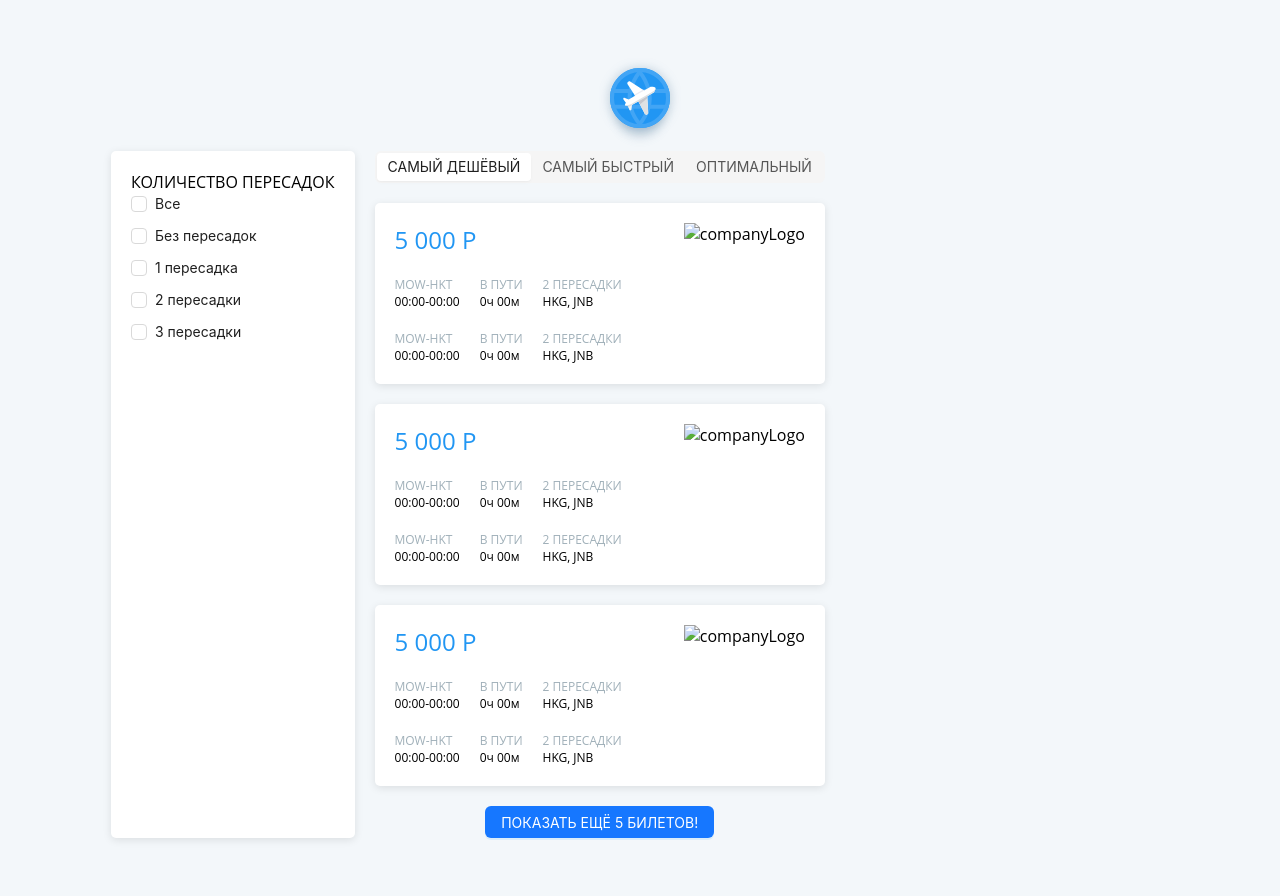
Repository: Dedoxa/aviasalesTickets
Page: /
These files come from the project's save history. The page is drawn as it stood at one moment and after the next save; the edit follows.
The browser window is 1280 px wide. The pictures show the whole page.
The project was rebuilt for these pictures with package versions that can differ from the ones it lists, and the page was loaded fresh each time. Also part of the build but not shown: vite.config.js.

Above is the page before, as saved 2024-10-19 17:08:19.

### index.html
<!doctype html>
<html lang="en">
  <head>
    <meta charset="UTF-8" />
    <meta name="viewport" content="width=device-width, initial-scale=1.0" />
    <title>AviasalesTickets</title>
  </head>
  <body>
    <div id="root"></div>
    <script type="module" src="/src/main.jsx"></script>
  </body>
</html>

### src/main.jsx
import { StrictMode } from 'react';
import { createRoot } from 'react-dom/client';

import App from './App.jsx';

createRoot(document.getElementById('root')).render(
  <StrictMode>
    <App />
  </StrictMode>
);

### src/App.jsx
import TransferFilters from './TransferFilters/TransferFilters.jsx';
import AppIcon from './AppIcon/AppIcon.jsx';
import PriceFilters from './PriceFilters/PriceFilters.jsx';
import TicketCard from './TicketCard/TicketCard.jsx';
import ShowMoreButton from './ShowMoreButton/ShowMoreButton.jsx';
import classes from './App.module.scss';

function App() {
  return (
    <main className={classes.App}>
      <AppIcon />
      <div style={{ display: 'flex', gap: '20px' }}>
        <TransferFilters />
        <div className={classes['priceFiltersAndTicketsContainer']}>
          <PriceFilters />
          <TicketCard />
          <TicketCard />
          <TicketCard />
          <ShowMoreButton />
        </div>
      </div>
    </main>
  );
}

export default App;

### src/TransferFilters/TransferFilters.jsx
import { Checkbox } from 'antd';

import { contentBox } from '../App.module.scss';

import classes from './TransferFilters.module.scss';

const TransferFilters = () => {
  return (
    <>
      <div className={contentBox}>
        <span className={classes.title}>КОЛИЧЕСТВО ПЕРЕСАДОК</span>
        <div className={classes.checkboxContainer}>
          <Checkbox>Все</Checkbox>
          <Checkbox>Без пересадок</Checkbox>
          <Checkbox>1 пересадка</Checkbox>
          <Checkbox>2 пересадки</Checkbox>
          <Checkbox>3 пересадки</Checkbox>
        </div>
      </div>
    </>
  );
};

export default TransferFilters;

### src/AppIcon/AppIcon.jsx
import classes from './AppIcon.module.scss';

const AppIcon = () => {
  return (
    <div className={classes.AppIcon}>
      <img src="/public/img/Logo.svg" alt="AviasalesIcon" />
    </div>
  );
};

export default AppIcon;

### src/PriceFilters/PriceFilters.jsx
import { Segmented } from 'antd';

const PriceFilters = () => {
  return <Segmented options={['САМЫЙ ДЕШЁВЫЙ', 'САМЫЙ БЫСТРЫЙ', 'ОПТИМАЛЬНЫЙ']} />;
};

export default PriceFilters;

### src/TicketCard/TicketCard.jsx
import { contentBox } from '../App.module.scss';

import classes from './TicketCard.module.scss';

const TicketCard = () => {
  return (
    <div className={contentBox} style={{ display: 'flex', flexDirection: 'column', gap: '20px' }}>
      <div className={classes.mainTicketInfo}>
        <span className={classes['price']}>5 000 Р</span>
        <img src="" alt="companyLogo"></img>
      </div>
      <div className={classes.otherTicketInfo}>
        <div className={classes['infoRow']}>
          <div className={classes['infoTwoLined']}>
            <div className={classes['titleLine']}>MOW-HKT</div>
            <div>00:00-00:00</div>
          </div>
          <div className={classes['infoTwoLined']}>
            <div className={classes['titleLine']}>В ПУТИ</div>
            <div>0ч 00м</div>
          </div>
          <div className={classes['infoTwoLined']}>
            <div className={classes['titleLine']}>2 ПЕРЕСАДКИ</div>
            <div>HKG, JNB</div>
          </div>
        </div>
        <div className={classes['infoRow']}>
          <div className={classes['infoTwoLined']}>
            <div className={classes['titleLine']}>MOW-HKT</div>
            <div>00:00-00:00</div>
          </div>
          <div className={classes['infoTwoLined']}>
            <div className={classes['titleLine']}>В ПУТИ</div>
            <div>0ч 00м</div>
          </div>
          <div className={classes['infoTwoLined']}>
            <div className={classes['titleLine']}>2 ПЕРЕСАДКИ</div>
            <div>HKG, JNB</div>
          </div>
        </div>
      </div>
    </div>
  );
};

export default TicketCard;

### src/ShowMoreButton/ShowMoreButton.jsx
import { Button } from 'antd';

import classes from './ShowMoreButton.module.scss';

const ShowMoreButton = () => {
  return (
    <div className={classes.showMoreButton}>
      <Button type="primary">ПОКАЗАТЬ ЕЩЁ 5 БИЛЕТОВ!</Button>
    </div>
);
};

export default ShowMoreButton;

### src/App.module.scss
@font-face {
  font-family: 'Open Sans';
  src: url('https://fonts.googleapis.com/css2?family=Open+Sans:ital,wght@0,300..800;1,300..800&display=swap');
}

.contentBox {
  display: inline-block;
  font-family: 'Open Sans', sans-serif;
  background-color: #fff;
  border-radius: 5px;
  box-shadow: 0 2px 8px 0 rgba(0, 0, 0, 0.1);
  padding: 20px;
}

body {
  background-color: #f3f7fa;
  padding: 50px 103px;
}

.App {
  .priceFiltersAndTicketsContainer {
    display: flex;
    flex-direction: column;
    gap: 20px;
  }
}

### src/TransferFilters/TransferFilters.module.scss
.title {
  margin-bottom: 20px;
}

.checkboxContainer {
  display: flex;
  flex-direction: column;
  gap: 10px;
}

### src/AppIcon/AppIcon.module.scss
.AppIcon {
    text-align: center;
}

### src/TicketCard/TicketCard.module.scss
.mainTicketInfo,
.otherTicketInfo {
  display: flex;
}

.mainTicketInfo {
  justify-content: space-between;

  .price {
    color: #2196F3;
    font-size: 24px;
  }
}

.otherTicketInfo {
  flex-direction: column;
  gap: 20px;

  .infoRow {
    display: flex;
    gap: 20px;
  }

  .infoTwoLined {
    display: flex;
    flex-direction: column;
    font-size: 12px;

    .titleLine {
        color: #A0B0B9;
    }
  }
}

### src/ShowMoreButton/ShowMoreButton.module.scss
.showMoreButton {
    text-align: center;
}

After the next save:
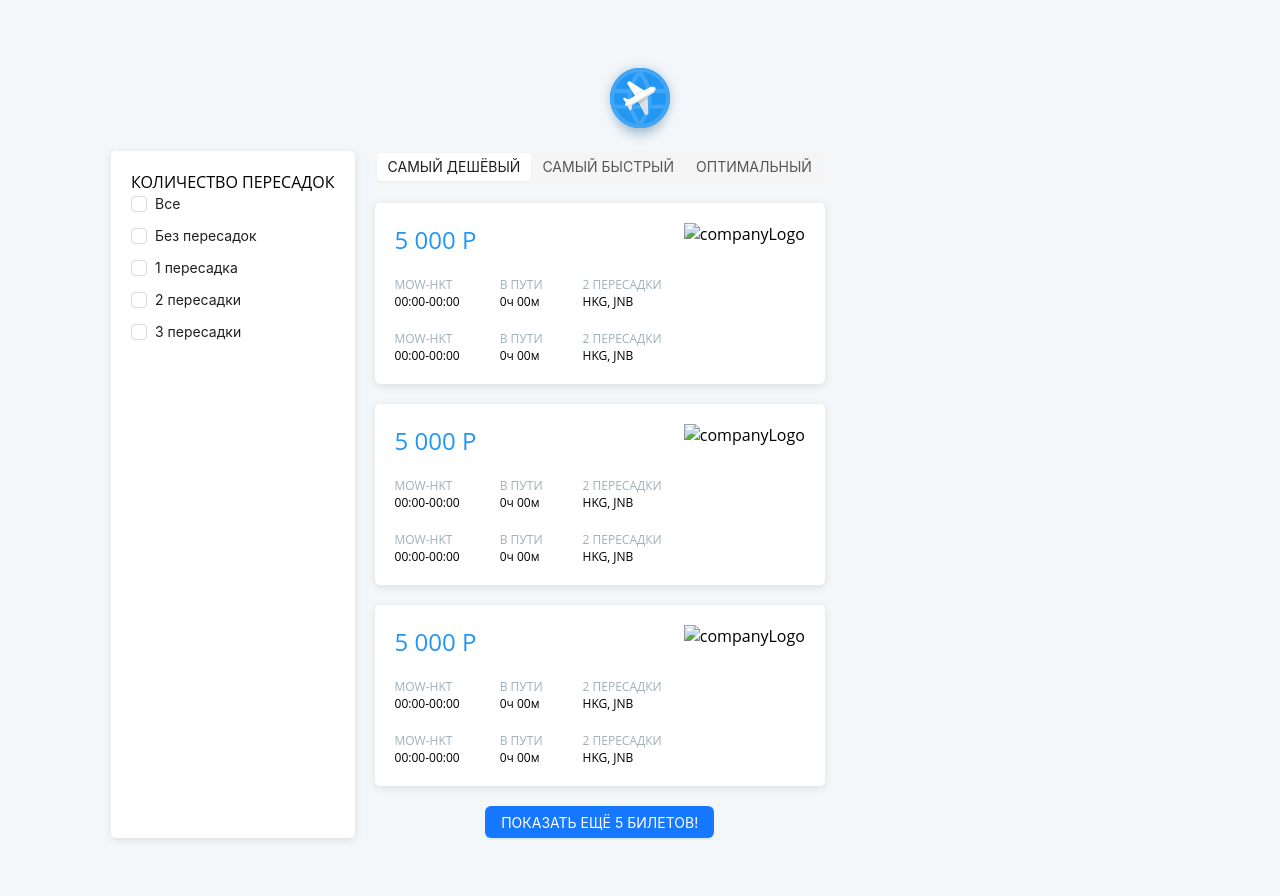
Saved 55 s later.
--- a/src/TicketCard/TicketCard.module.scss
+++ b/src/TicketCard/TicketCard.module.scss
@@ -18,7 +18,7 @@
 
   .infoRow {
     display: flex;
-    gap: 20px;
+    gap: 40px;
   }
 
   .infoTwoLined {
